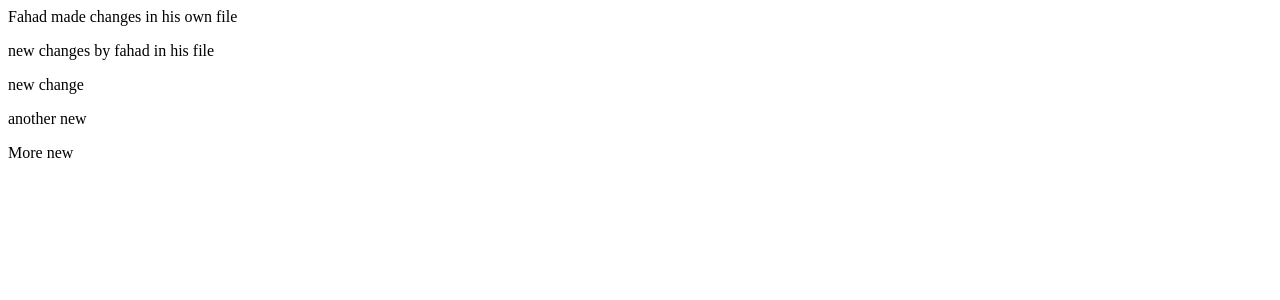
Repository: FahadAliSheikh/learnWorkFlow
Page: fahad.html
The author's editor kept a copy of each file at every save. The page is drawn from the files as they stood at one save, then again after the next save.
The browser window is 1280 px wide. The pictures show the whole page.

Above is the page before, as saved 2019-03-23 13:46:43.

After the next save:
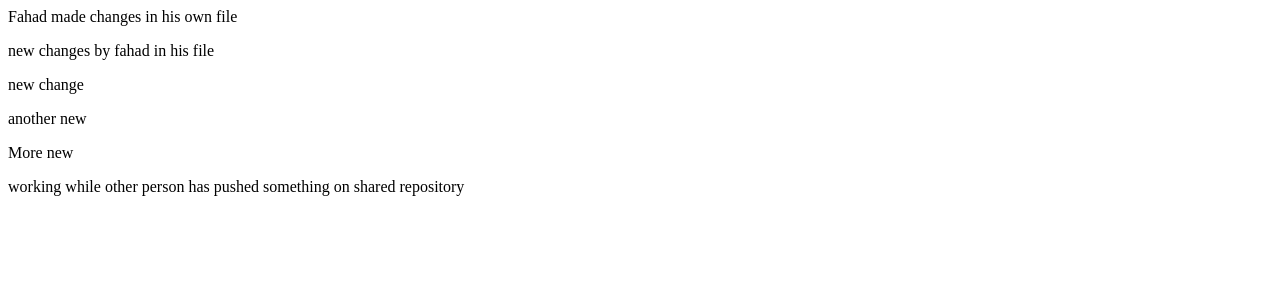
Saved 4 min 15 s later.
--- a/fahad.html
+++ b/fahad.html
@@ -3,3 +3,4 @@
 <p>new change</p>
 <p>another new</p>
 <p>More new</p>
+<p>working while other person has pushed something on shared repository</p>
